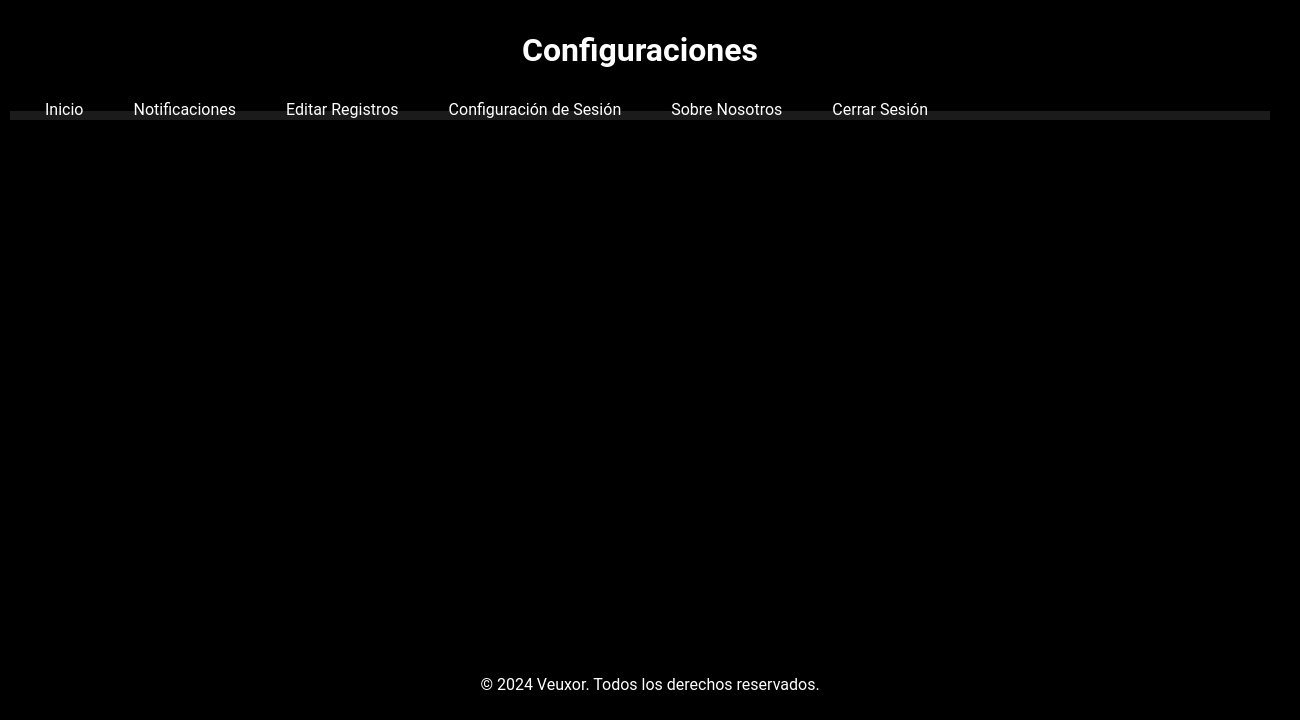
Repository: EddyWebz/updat
Page: privado/config.html
The author's editor kept a copy of each file at every save. The page is drawn from the files as they stood at one save, then again after the next save.
The browser window is 1280 px wide. The page is 1300 px wide, so the pictures cover 1300 px, including what lies to the right of the window. The pictures show the whole page.

Above is the page before, as saved 2024-09-15 11:00:39.

### privado/config.html
<!DOCTYPE html>
<html lang="es">
<head>
    <meta charset="UTF-8">
    <meta name="viewport" content="width=device-width, initial-scale=1, maximum-scale=1, user-scalable=no">
    <title>Configuraciones</title>
    <link rel="stylesheet" href="/config.css">
    <link rel="apple-touch-icon" sizes="180x180" href="/ico/apple-touch-icon.png">
    <link rel="icon" type="image/png" sizes="32x32" href="/ico/favicon-32x32.png">
    <link rel="icon" type="image/png" sizes="16x16" href="/ico/favicon-16x16.png">
    <link rel="manifest" href="/ico/site.webmanifest">
    <link rel="stylesheet" href="https://cdnjs.cloudflare.com/ajax/libs/font-awesome/6.0.0-beta3/css/all.min.css">
</head>

<body>
    <header>
        <h1>Configuraciones</h1>
    </header>

    <!-- Menú desplegable para móviles -->
    <div class="dropdown-menu">
        <button class="menu-icon">
            <i class="fas fa-bars"></i> <!-- Ícono de Font Awesome -->
        </button>
        <div class="dropdown-content">
            <a href="#" id="home-link">Inicio</a>
            <a href="#" id="notifications-link">Notificaciones</a>
            <a href="#" id="editarRegistros">Editar Registros</a>
            <a href="#" id="configSesion">Configuración de Sesión</a>
            <a href="#" id="sobreNosotros">Sobre Nosotros</a>
            <a href="#" id="logout-button">Cerrar Sesión</a>
        </div>
    </div>

    <!-- Secciones de contenido ocultas inicialmente -->
    <div id="contenido-editar" style="display: none;">
        <h2>Editar Registros</h2>
        <p>Aquí puedes editar los registros de los vehículos.</p>
    </div>

    <div id="contenido-sesion" style="display: none;">
        <h2>Configuración de Sesión</h2>
        <p>Aquí puedes configurar tu sesión.</p>
    </div>

    <div id="contenido-nosotros" style="display: none;">
        <h2>Acerca de Nosotros</h2>
        <p>Información sobre nosotros.</p>
<p></p>
    </div>

    <!-- Pie de página básico -->
    <footer>
        <p>&copy; 2024 Veuxor. Todos los derechos reservados.</p>
    </footer>

    <!-- Scripts -->
    <script src="/config.js"></script>
</body>
</html>

### BASE-2/config.css
/* Estilos Generales */
body {
    background-color: #000000;
    color: #e0e0e0;
    font-family: 'Roboto', sans-serif;
    margin: 0;
    padding: 0;
}
/* Asegurar que el pie de página esté siempre en la parte inferior */
html, body {
    height: 100%;
    margin: 0;
    padding: 0;
    display: flex;
    flex-direction: column;
}

footer {
    margin-top: auto;
    background-color: #000000;
    color: #ffffff;
    padding: 10px;
    text-align: center;
    width: 100%;
}


header {
    background-color: #000000;
    color: #ffffff;
    padding: 10px 0; /* Ajustamos el padding para reducir el espacio */
    text-align: center;
}

/* Menú desplegable para móviles */
.dropdown-menu {
    position: relative;
    z-index: 900;
    margin-top: -80px; /* Mover hacia arriba */
    margin-left: 20px; /* Añadir espacio a la izquierda */
}

.menu-icon {
    background-color: #1b1b1b;
    color: #b0b0b0;
    border: 2px solid #ff8c00;
    padding: 10px;
    border-radius: 5px;
    cursor: pointer;
    font-size: 18px;
    transition: background-color 0.3s ease-in-out, transform 0.3s ease-in-out;
    box-shadow: 0 4px 8px rgba(0, 0, 0, 0.5);
}

.menu-icon:hover {
    background-color: #2a2a2a;
    transform: scale(1.1);
}

.menu-icon.open {
    transform: rotate(90deg);
}

.dropdown-content {
    position: absolute;
    left: 0;
    top: 100%;
    background-color: rgba(27, 27, 27, 0.95);
    min-width: 160px;
    box-shadow: 0px 8px 16px 0px rgba(0, 0, 0, 0.2);
    border-radius: 5px;
    z-index: 900;
    opacity: 0;
    transform: translateY(-10px);
    transition: opacity 0.4s ease, transform 0.4s ease;
    visibility: hidden;
    pointer-events: none;
}

.dropdown-content.show {
    opacity: 1;
    transform: translateY(0);
    visibility: visible;
    pointer-events: auto;
}

.dropdown-content a {
    color: #b0b0b0;
    padding: 12px 16px;
    text-decoration: none;
    display: block;
    transition: background-color 0.3s;
    border-bottom: 1px solid #2a2a2a;
}

.dropdown-content a:hover {
    background-color: #2a2a2a;
}

/* Para pantallas grandes: menú horizontal */
@media screen and (min-width: 972px) {
    /* Ocultar el ícono del menú desplegable en pantallas grandes */
    .menu-icon {
        display: none;
    }

    .dropdown-menu {
        display: flex;
        justify-content: flex-start; /* Alineamos el menú hacia la izquierda */
        background-color: #1b1b1b;
        margin-top: 10px; /* Mover hacia arriba */
        padding-left: 10px; /* Ajustamos el padding para que no quede pegado a la izquierda */
        margin-left: 10px; /* Añadir espacio a la izquierda */
        margin-right: 10px;
    }

    .dropdown-content {
        position: relative;
        display: flex;
        justify-content: flex-start; /* Comienza desde la izquierda */
        background-color: transparent;
        visibility: visible;
        opacity: 1;
        transform: none;
        pointer-events: auto;
        box-shadow: none;
    }

    .dropdown-content a {
        color: #ffffff;
        padding: 10px 15px;
        margin: 0 10px;
        border: none;
        display: inline-block;
        background-color: transparent;
        margin-top: -30px; /* Sube los botones 5px */
    }

    .dropdown-content a:hover {
        background-color: #ff8c00;
        color: #000000;
    }
}

/* Secciones de contenido que se mostrarán al hacer clic */
#contenido-editar, #contenido-sesion, #contenido-nosotros {
    margin-top: 20px; /* Aseguramos que el contenido siempre esté debajo de la cabecera */
    padding: 20px;
    background-color: #1b1b1b;
    color: #e0e0e0;
    display: none; /* Inicialmente oculto */
    min-height: 300px; /* Asegura un tamaño mínimo */
    transition: all 0.4s ease; /* Suave transición para la visualización */
}

### BASE-2/config.js
document.addEventListener('DOMContentLoaded', () => {
    // ---- FUNCIONES DE INTERACCIÓN DEL MENÚ DESPLEGABLE ----
    const menuIcon = document.querySelector('.menu-icon');
    const dropdownContent = document.querySelector('.dropdown-content');

    menuIcon.addEventListener('click', () => {
        if (dropdownContent.classList.contains('show')) {
            dropdownContent.classList.remove('show');
            dropdownContent.classList.add('hide');
        } else {
            dropdownContent.classList.remove('hide');
            dropdownContent.classList.add('show');
        }
        menuIcon.classList.toggle('open');
    });

    window.addEventListener('click', (e) => {
        if (!menuIcon.contains(e.target) && !dropdownContent.contains(e.target)) {
            dropdownContent.classList.remove('show');
            dropdownContent.classList.add('hide');
            menuIcon.classList.remove('open');
        }
    });

    // RUTA PARA REDIRIGIR A INICIO
    const homeLin = document.getElementById('home-link');
    homeLin.addEventListener('click', () => {
        window.location.href = '/privado/cuerpo.html';
    });

    // Redirección al hacer clic en el enlace "notificaciones"
    const homeLink = document.getElementById('notifications-link');
    homeLink.addEventListener('click', () => {
        window.location.href = '/privado/report.html';
    });

    // RUTA PARA CERRAR SESION
    const logoutButton = document.getElementById('logout-button');
    logoutButton.addEventListener('click', async () => {
        const response = await fetch('/logout', {
            method: 'POST',
            headers: {
                'Content-Type': 'application/json'
            }
        });

        if (response.ok) {
            window.location.href = '/login';
        }
    });

    // BOTONES DEL MENÚ
    const editarBtn = document.getElementById('editarRegistros');
    const sesionBtn = document.getElementById('configSesion');
    const nosotrosBtn = document.getElementById('sobreNosotros');

    const editarContent = document.getElementById('contenido-editar');
    const sesionContent = document.getElementById('contenido-sesion');
    const nosotrosContent = document.getElementById('contenido-nosotros');

    const secciones = [editarContent, sesionContent, nosotrosContent];

    // Evento para desplegar el contenido de Editar Registros
    editarBtn.addEventListener('click', () => toggleSeccion(editarContent));

    // Evento para desplegar el contenido de Configuración de Sesión
    sesionBtn.addEventListener('click', () => toggleSeccion(sesionContent));

    // Evento para desplegar el contenido de Sobre Nosotros
    nosotrosBtn.addEventListener('click', () => toggleSeccion(nosotrosContent));

    // Función para mostrar una sección y ocultar las demás
    function toggleSeccion(seccion) {
        secciones.forEach(sec => sec.style.display = 'none');
        seccion.style.display = 'block';

        // Cerrar el menú desplegable si estamos en móviles
        if (window.innerWidth < 972) {
            dropdownContent.classList.remove('show');
            dropdownContent.classList.add('hide');
        }
    }
});

After the next save:
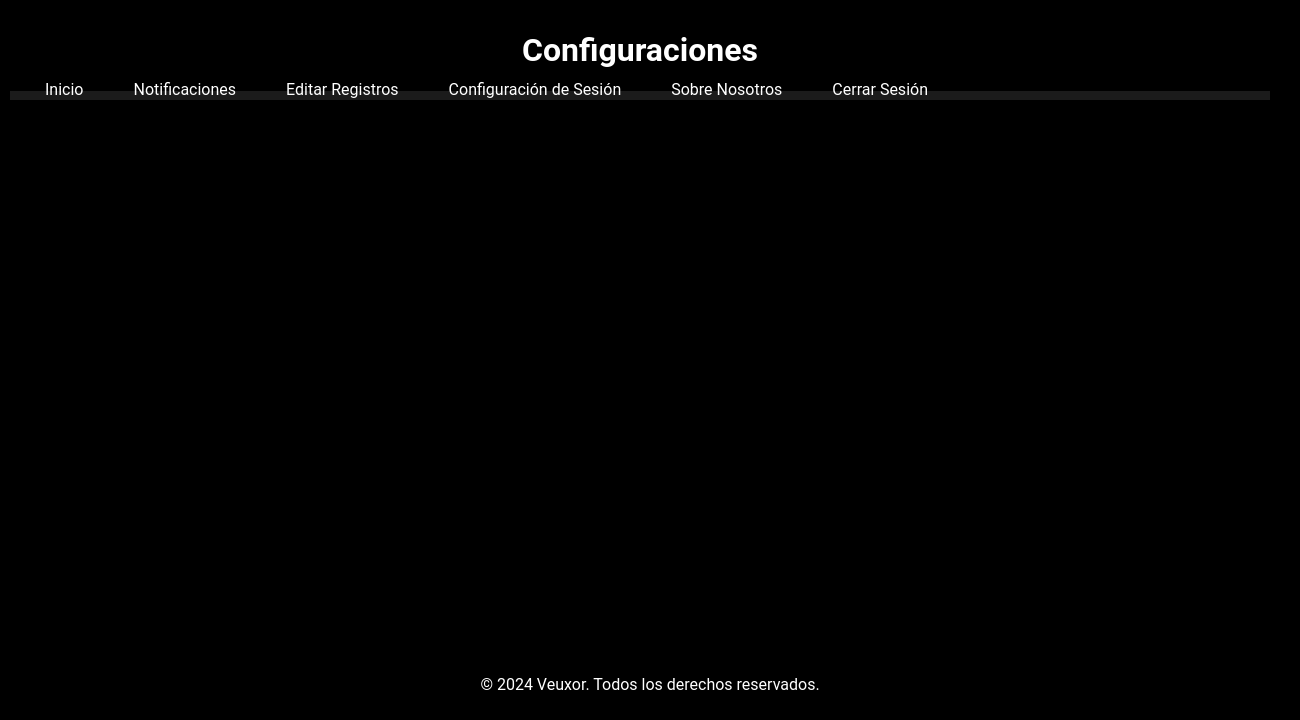
Saved 102 s later.
--- a/BASE-2/config.css
+++ b/BASE-2/config.css
@@ -108,7 +108,7 @@ header {
         display: flex;
         justify-content: flex-start; /* Alineamos el menú hacia la izquierda */
         background-color: #1b1b1b;
-        margin-top: 10px; /* Mover hacia arriba */
+        margin-top: -10px; /* Mover hacia arriba */
         padding-left: 10px; /* Ajustamos el padding para que no quede pegado a la izquierda */
         margin-left: 10px; /* Añadir espacio a la izquierda */
         margin-right: 10px;
